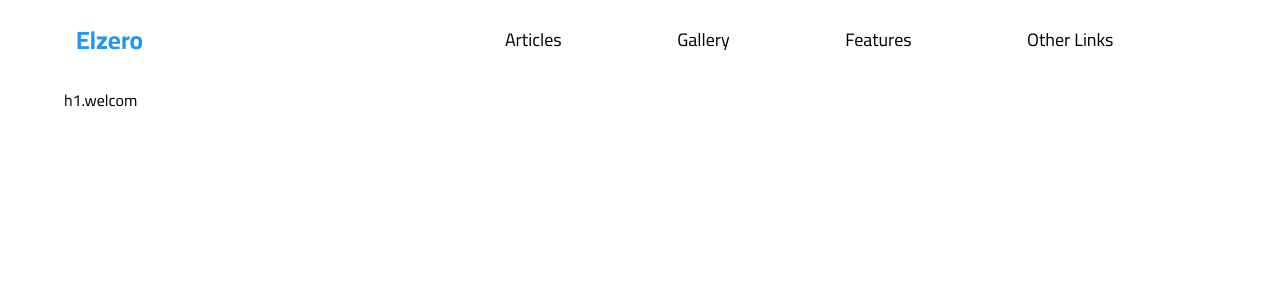
Repository: Toqa-25/elzeroAcdemey-Templete
Page: index.html
The author's editor kept a copy of each file at every save. The page is drawn from the files as they stood at one save, then again after a run of saves.
The browser window is 1280 px wide. The pictures show the whole page.

Above is the page before, as saved 2022-01-16 20:54:31.

### index.html
<!DOCTYPE html>
<html lang="en">
<head>
    <meta charset="UTF-8">
    <meta http-equiv="X-UA-Compatible" content="IE=edge">
    <meta name="viewport" content="width=device-width, initial-scale=1.0">
    <!-- normalize file -->
    <link rel="stylesheet" href="css/normalize.css">
    <!-- css files -->
    <link rel="stylesheet" href="css/style.css">
    <!-- fontAwosem file -->
    <link rel="stylesheet" href="css/all.min.css">
     <!-- font files -->
     <link rel="preconnect" href="https://fonts.googleapis.com">
    <link rel="preconnect" href="https://fonts.gstatic.com" crossorigin>
    <link href="https://fonts.googleapis.com/css2?family=Cairo:wght@200;400;700;800;900&display=swap" rel="stylesheet">
    <!-- page title -->
    <title>templete 3</title>
</head>
<body>
    <!-- header section -->
    <header id="" class="">
        <div class="container">
            <div class="header-content">
                <div class="header-content-logo">
                    <a href="index.html" class="logo link-none">Elzero</a>
                </div>
                <nav>
                    <ul class="nav-list unlist">
                        <li class="nav-list-item"> <a href="" class="link-none  link-style" id="articles">articles</a></li>
                        <li class="nav-list-item"> <a href="" class="link-none  link-style" id="gallery">gallery</a></li>
                        <li class="nav-list-item"> <a href="" class="link-none  link-style" id="features">features</a></li>
                        <li class="nav-list-item" id="parent-other-links"> <a href="javascript:;" class="link-none  link-style " >other links</a>
                            <div class="other-links " id="child-other-links">
           <div class="other-links-content">
            <div class="other-links-content-img">
                <img src="images/header/Video files-amico.svg" alt="">
            </div>

            <ul class="other-links-list unlist">
            <div class="other-links-list-group-one">
              <li id="" class="other-links-list-item"><a href="" class="link-none  link-style "><i class="far fa-comments"></i> testimonials</a></li>
              <li id="" class="other-links-list-item"><a href="" class="link-none  link-style "><i class="far fa-user"></i> team member</a></li>
              <li id="" class="other-links-list-item"><a href="" class="link-none  link-style"><i class="far fa-building"></i> services</a></li>
              <li id="" class="other-links-list-item"><a href="" class="link-none  link-style"><i class="far fa-check-circle"></i> our skils</a></li>
              <li id="" class="other-links-list-item"><a href="" class="link-none  link-style"><i class="far fa-clipboard"></i> how it work</a></li>
            </div>
            <div class="other-links-list-group-one">
                <li id="" class="other-links-list-item"><a href="" class="link-none  link-style"><i class="far fa-calendar-alt"></i> events</a></li>
                <li id="" class="other-links-list-item"><a href="" class="link-none  link-style"><i class="fas fa-server"></i> pricing planes</a></li>
                <li id="" class="other-links-list-item"><a href="" class="link-none  link-style"><i class="far fa-play-circle"></i> top video</a></li>
                <li id="" class="other-links-list-item"><a href="" class="link-none  link-style"><i class="fas fa-chart-bar"></i> states</a></li>
                <li id="" class="other-links-list-item"><a href="" class="link-none  link-style"><i class="fas fa-percent"></i> request a discount</a></li>
            </div>
        </ul>
       </div>
       </div>
                        </li>

                    </ul>
                </nav>
            </div>
        </div>
    </header>
    <!-- welcom section -->
    <section id="welcome" class="welcome">
        <div class="container">
            <div class="welcome-content">
                <div class="welcome-content-text">
                    h1.welcom
                </div>
                <div class="welcome-content-img"></div>
            </div>
        </div>

    </section>


       <script src="script.js">

       </script>
</body>
</html>

### css/style.css
 /*
  - container
  -section head

 */
 /* global style */
 :root{
     /* --main-color:#45B2F8; */
     --main-color:#2196F3;
     --s-background:#ececec54;
     /* --s-background:#ecececa4; */
     --p-color:#D6ECEC;
 }

 *{
     box-sizing: border-box;
     margin: 0;
     padding: 0;
 }
html , body{
    width: 100%;
    height: 100%;
    margin: 0;
    padding: 0;
    overflow: hidden;
}
 body{
     font-family: "Cairo", sans-serif;
 }
 .container{
      width: 90%;
      margin:0 auto;
      /* padding: 15px 0; */
 }
 .link-none{
     text-decoration: none;
 }
 .unlist{
     list-style: none;
 }
 .link-style{
    font-size: 18px;
    text-transform: capitalize;
 }

 /* header style */
 header{
   margin-bottom: 10px;
 }
.header-content{
    display: flex;
    justify-content: space-between;
    align-items: center;
    padding: 10px 12px ;
    margin-bottom: 10px;
}
.logo{
    font-weight: bolder;
    font-size:25px;
    color:var(--main-color)
}

nav{
    width: 70%;
}
.nav-list{
    display: flex;
    justify-content: space-evenly;
    align-items: center;
}
.nav-list-item {
    cursor: pointer;
    color:#000;
    padding: 20px  25px;
    position: relative;
    transition: background-color .2s ;
    -webkit-transition: background-color .2s ;
    -moz-transition: background-color .2s ;
    -ms-transition: background-color .2s ;
    -o-transition: background-color .2s ;
}
.nav-list-item::before{
    content: "";
    height: 3px;
    width: 0;
    background-color: var(--main-color);
    position: absolute;
    top: 0px;
    left: 0;
    transition: width .6s;
    -webkit-transition: width .6s;
    -moz-transition: width .6s;
    -ms-transition: width .6s;
    -o-transition: width .6s;
}
.nav-list-item a{
        color:#000;
}

.nav-list-item:hover  {
    background-color: var(--s-background);
}
.nav-list-item:hover  a {
    color:var(--main-color);
}
.nav-list-item:hover::before{
        width: 100%;
}
#parent-other-links{
    position: relative;
}
#parent-other-links:hover #child-other-links{
    transform:translateY(20px) ;
    -webkit-transform:translateY(20px) ;
    -moz-transform:translateY(20px) ;
    -ms-transform:translateY(20px) ;
    -o-transform:translateY(20px) ;
}
/* media query for header*/
@media (max-width:767px){
    .header-content{
        flex-direction:column ;
        padding:5px 12px;
}
.header-content-logo{
    margin-bottom: 5px;
}
nav{
    width: 80%;
}
.nav-list-item{
    padding:17px 10px;
}
.nav-list-item a{
    font-size: 15px;
}
}
/********************************************************************************************/
/* style for other links */
.other-links{
 /*margin-top: 10px;
 */margin: 10 auto;
 transform: translatey(1000%);
 -webkit-transform: translatey(1000%);
 -moz-transform: translatey(1000%);
 -ms-transform: translatey(1000%);
 -o-transform: translatey(1000%);
 transition: transform .5s;
 -webkit-transition: transform .5s;
 -moz-transition: transform .5s;
 -ms-transition: transform .5s;
 -o-transition: transform .5s;
}
.other-links-content{
    display: flex;
    border-bottom: 4px solid var(--main-color);
    border-top: 2px solid var(--s-background);
}
.other-links-content-img{
    margin:auto;
}
.other-links-content-img img{
    width: 100%;
}
.other-links-list{
    width:55%;
    display: flex;
    justify-content: space-between;
    padding: 10px;
    align-items: center;
}
.other-links-list-group-one{
    width:45%
}
.other-links-list-item{
    padding: 15px ;
    border-bottom: 1px solid rgba(0, 0, 0, 0.337);
    position: relative;
    cursor: pointer;

}
.other-links-list-item:last-child{
    border:none;
}
.other-links-list-item::before{
    content:"";
    position: absolute;
    top: 0;
    left: 0;
    height: 100%;
    width: 0%;
    background-color: var(--s-background);
    transition:width .5s;
    -webkit-transition:width .5s;
    -moz-transition:width .5s;
    -ms-transition:width .5s;
    -o-transition:width .5s;
}
.other-links-list-item:hover::before{
    width: 100%;
}
.other-links-list-item a{
    font-weight: bold;
    color:var(--main-color)
}
.other-links-list-item > a > i{
 margin-right: 10px;
}
.other{
    transform: translatey(20px);
    -webkit-transform: translatey(20px);
    -moz-transform: translatey(20px);
    -ms-transform: translatey(20px);
    -o-transform: translatey(20px);
}
#child-other-links{
    width:85vw;
    position: absolute;
    right: 5px;
    /* background-color: violet; */
}
@media(max-width:991px){
    #child-other-links{
     width:87vw;
    }
     .other-links-content-img{
        display: none;
    }
    .other-links-list{
        width: 100%;
    }
}
@media(max-width:767px){
    #child-other-links{
        width:100vw;
        margin-right: -166px;
    }
     .other-links-list{
        flex-direction: column;
    }
        .other-links-list-group-one{
    width:100%;
}
.other-links-list-item:last-child{
    border-bottom: 1px solid rgba(0, 0, 0, 0.337);
}
 .other-links-list-item a{
     font-size: 18px;
 }
}

### script.js
let otherParent = document.getElementById("parent-other-links");
let otherChild = document.getElementById("child-other-links");
otherParent.onclick = function () {
  otherChild.classList.toggle("other");
};

Loaded but not shown: css/normalize.css (library); css/all.min.css (library)

After the next 2 saves:
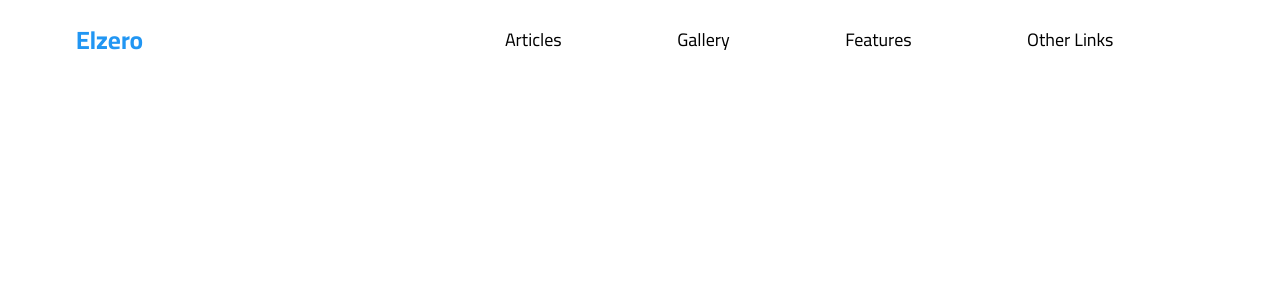
The 2 saves are shown as one change because they came seconds apart.
The last was saved 13 s later.
--- a/index.html
+++ b/index.html
@@ -67,7 +67,7 @@
         <div class="container">
             <div class="welcome-content">
                 <div class="welcome-content-text">
-                    h1.welcom
+                    <h1 class="welcome-content-text"></h1>
                 </div>
                 <div class="welcome-content-img"></div>
             </div>
